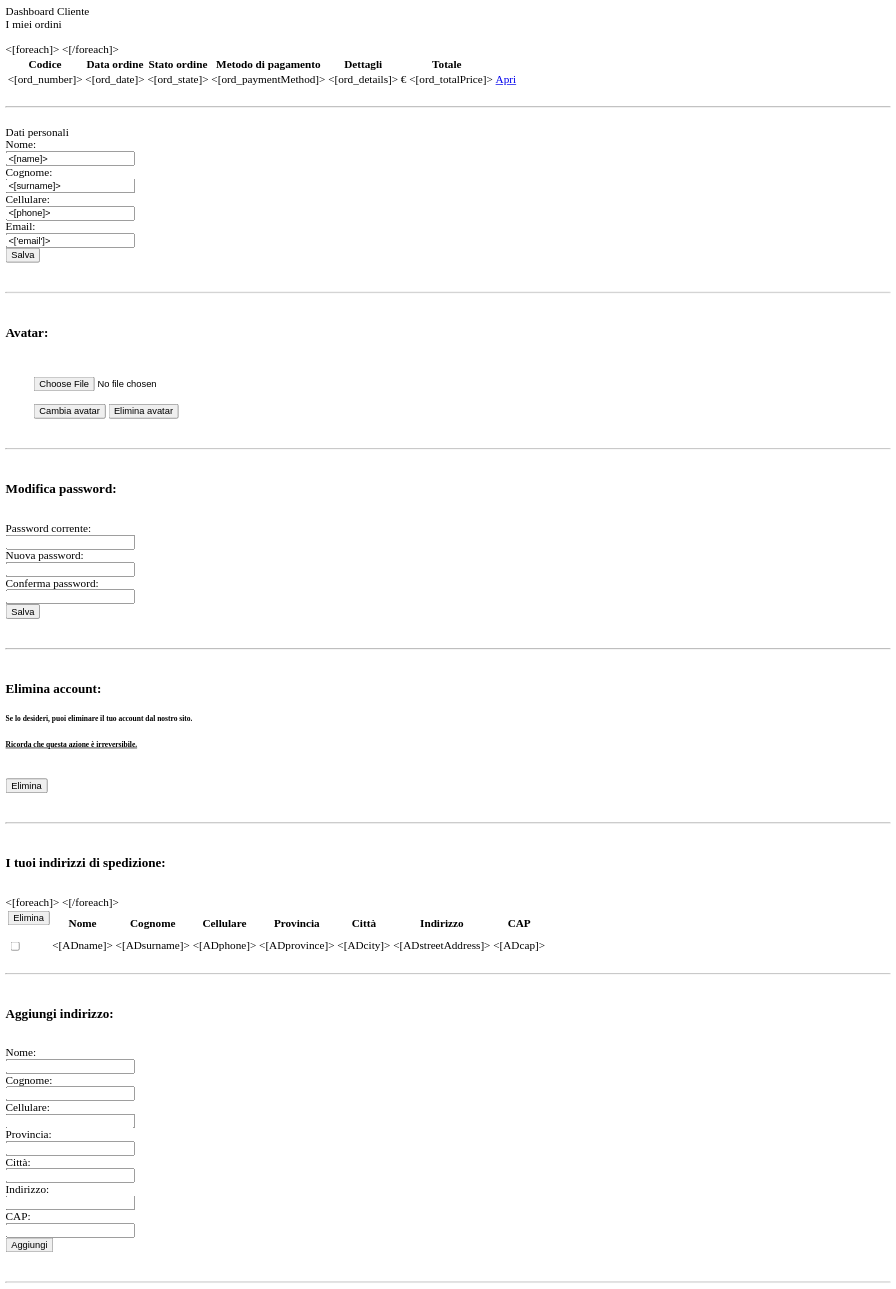
Repository: i4c0ni99/MotorShop
Page: skins/motor-html-package/motor/profile.html
An editor plug-in stored every save of this project. The page is shown before and after the next save, followed by the edit.
The browser window is 1280 px wide. The pictures show the whole page, at 70% of full size.

Above is the page before, as saved 2024-09-29 16:03:12.

### skins/motor-html-package/motor/profile.html
<div class="mv-site">
    <section class="main-banner mv-wrap">
        <section data-image-src="images/background/demo_bg_1920x1680.png" class="mv-banner-style-1 mv-bg-overlay-dark overlay-0-85 mv-parallax">
            <div class="page-name mv-caption-style-6">
                <div class="container">
                    <div class="mv-title-style-9"><span class="main">Dashboard Cliente</span></div>
                </div>
            </div>
        </section>
    </section>
    <!-- .main-banner -->

    <section class="mv-main-body checkout-main mv-bg-gray mv-wrap">
        <div class="container">

            <div class="checkout-block block-billing-address mv-mb-50">
                <div class="mv-form-style-2 mv-box-shadow-gray-1">
                    <div class="row">
                        <div class="col-sm-12 col-billing-address">
                            <div class="form-header">
                                <div class="mv-title-style-13">
                            <div class="text-main">I miei ordini</div>
                            </div>
                            </div>
<br>
<div class="table-responsive table-desi">
    <table class="all-package coupon-table table table-striped">
        <thead>
            <tr>
                <th>Codice</th>
                <th>Data ordine</th>
                <th>Stato ordine</th>
                <th>Metodo di pagamento</th>
                <th>Dettagli</th>
                <th>Totale</th>
                <th></th>
            </tr>
        </thead>
        <tbody>
            <[foreach]>
                <tr>
                    <td><[ord_number]></td>
                    <td><[ord_date]></td>
                    <td><[ord_state]></td>
                    <td><[ord_paymentMethod]></td>
                    <td><[ord_details]></td>
                    <td>€ <[ord_totalPrice]></td>
                    <td><a href="/MotorShop/my-orders.php?id=<[ord_id]>" class="btn btn-primary">Apri</a></td>
                </tr>
            <[/foreach]>
        </tbody>
    </table>
</div>
<br>
<hr>
<br>
                            <form class="needs-validation edit-details-form" novalidate method="post" action="/MotorShop/editCustomerProfile.php">
                                <div class="form-header">
                                    <div class="mv-title-style-13">
                                        <div class="text-main">Dati personali</div>
                                    </div>
                                </div>
                                <!-- .form-header -->
                                <div class="form">
                                    <div class="form-group mb-3 row">
                                        <label for="name" class="col-xl-3 col-sm-4 mb-0">Nome:</label>
                                        <div class="col-xl-8 col-sm-7">
                                            <input type="text" id="name" name="name" minlength="2" value="<[name]>" placeholder="<[name]>" required="true">
                                        </div>
                                    </div>
                                    <div class="form-group mb-3 row">
                                        <label for="surname" class="col-xl-3 col-sm-4 mb-0">Cognome:</label>
                                        <div class="col-xl-8 col-sm-7">
                                            <input type="text" id="surname" name="surname" minlength="2" value="<[surname]>" placeholder="<[surname]>" required="true">
                                        </div>
                                    </div>
                                    <div class="form-group mb-3 row">
                                        <label for="phone" class="col-xl-3 col-sm-4 mb-0">Cellulare:</label>
                                        <div class="col-xl-8 col-sm-7">
                                            <input type="text" id="phone" name="phone" pattern="[3]{1}[0-9]{9}" minlength="10" value="<[phone]>" placeholder="<[phone]>"" required="true">
                                        </div>
                                    </div>
                                    <div class="form-group mb-3 row">
                                        <label for="email" class="col-xl-3 col-sm-4 mb-0">Email:</label>
                                        <div class="col-xl-8 col-sm-7">
                                            <input type="text" id="email" name="email" minlength="6" value="<['email']>" placeholder="<[email]>" required readonly>
                                        </div>
                                    </div>
                                    <div class="offset-xl-3 offset-sm-4 mt-4">
                                        <input type="submit" value="Salva" name="edit-details-button" class="btn btn-primary">
                                    </div>
                                </div>
                                <!-- .form-body -->
                            </form>
                            <br>
                            <hr>
                            <br>
                            <h3><b>Avatar:</b></h3>
                            <br>
                            <form class="needs-validation add-avatar-form" novalidate method="post" action="/MotorShop/editCustomerProfile.php" enctype="multipart/form-data">
                                <div class="row product-adding">
                                    <div class="add-product">
                                        <div class="row">
                                            <div class="col-xl-3 xl-50 col-sm-6 col-3">
                                                <ul class="file-upload-product">
                                                    <div class="box-input-file">
                                                        <input class="upload" type="file" name="avatar">
                                                        <i class="fa fa-plus"></i>
                                                    </div>
                                                    <br>
                                                    <input type="submit" value="Cambia avatar" name="edit-avatar-button" class="btn btn-primary">
                                                    <input type="submit" value="Elimina avatar" name="delete-avatar-button" class="btn btn-primary">
                                                </ul>
                                            </div>
                                        </div>
                                    </div>
                                </div>
                            </form>
                            <br>
                            <hr>
                            <br>
                            <h3><b>Modifica password:</b></h3>
                            <br>
                            <form class="needs-validation add-product-form" novalidate method="post" action="/MotorShop/editCustomerProfile.php">
                                <div class="form">
                                    <div class="form-group mb-3 row">
                                        <label for="currentpassword" class="col-xl-3 col-sm-4 mb-0">Password corrente:</label>
                                        <div class="col-xl-8 col-sm-7">
                                            <input class="form-control" id="currentpassword" type="password" name="currentpassword" required>
                                        </div>
                                    </div>
                                    <div class="form-group mb-3 row">
                                        <label for="newpassword" class="col-xl-3 col-sm-4 mb-0">Nuova password:</label>
                                        <div class="col-xl-8 col-sm-7">
                                            <input type="password" id="newpassword" pattern="(?=.*\d)(?=.*[\W_]).{7,}" minlength="7" name="newpassword" required>
                                        </div>
                                    </div>
                                    <div class="form-group mb-3 row">
                                        <label for="confirmpassword" class="col-xl-3 col-sm-4 mb-0">Conferma password:</label>
                                        <div class="col-xl-8 col-sm-7">
                                            <input type="password" id="confirmpassword" pattern="(?=.*\d)(?=.*[\W_]).{7,}" minlength="7" name="confirmpassword" required>
                                        </div>
                                    </div>
                                    <div class="offset-xl-3 offset-sm-4 mt-4">
                                        <input type="submit" value="Salva" name="change-pass-button" class="btn btn-primary">
                                    </div>
                                </div>
                            </form>
                            <br>
                            <hr>
                            <br>
                            <h3><b>Elimina account:</b></h3>
                            <h6>Se lo desideri, puoi eliminare il tuo account dal nostro sito.</h6>
                            <h6><u><b>Ricorda che questa azione è irreversibile.</b></u></h6>
                            <br>
                            <form class="needs-validation add-product-form" novalidate method="post" action="/MotorShop/editCustomerProfile.php">
                                <input type="submit" value="Elimina" name="delete-account-button" class="btn btn-primary">
                            </form>
                            <br>
                            <hr>
                            <br>
                            <h3><b>I tuoi indirizzi di spedizione:</b></h3>
                            <br>
                            <div class="table-responsive table-desi">
                                <table class="all-package coupon-table table table-striped">
                                    <thead>
                                        <tr>
                                            <th>
                                                <form class="needs-validation delete-address-form" novalidate method="post" action="/MotorShop/editCustomerProfile.php">
                                                    <input type="submit" class="btn btn-primary add-row delete_all" name="delete-address-button" value="Elimina">
                                                </form>
                                            </th>
                                            <th>Nome</th>
                                            <th>Cognome</th>
                                            <th>Cellulare</th>
                                            <th>Provincia</th>
                                            <th>Città</th>
                                            <th>Indirizzo</th>
                                            <th>CAP</th>
                                        </tr>
                                    </thead>
                                    <tbody>
                                        <[foreach]>
                                            <tr data-row-id="<['id']>">
                                                <td>
                                                    <input class="checkbox_animated check-it" type="checkbox" name="check" value="<['id']>" id="flexCheckDefault" data-id="1">
                                                </td>
                                                <td><[ADname]></td>
                                                <td><[ADsurname]></td>
                                                <td><[ADphone]></td>
                                                <td><[ADprovince]></td>
                                                <td><[ADcity]></td>
                                                <td><[ADstreetAddress]></td>
                                                <td><[ADcap]></td>
                                            </tr>
                                        <[/foreach]>
                                    </tbody>
                                </table>
                            </div>
                            <br>
                            <hr>
                            <br>
                            <h3><b>Aggiungi indirizzo:</b></h3>
                            <br>
                            <form class="needs-validation add-product-form" novalidate method="post" action="/MotorShop/editCustomerProfile.php">
                                <div class="form">
                                    <div class="form-group mb-3 row">
                                        <label for="name" class="col-xl-3 col-sm-4 mb-0">Nome:</label>
                                        <div class="col-xl-8 col-sm-7">
                                            <input type="text" id="name" name="name" minlength="2" required="true">
                                        </div>
                                    </div>
                                    <div class="form-group mb-3 row">
                                        <label for="surname" class="col-xl-3 col-sm-4 mb-0">Cognome:</label>
                                        <div class="col-xl-8 col-sm-7">
                                            <input type="text" id="surname" name="surname" minlength="2" required="true">
                                        </div>
                                    </div>
                                    <div class="form-group mb-3 row">
                                        <label for="phone" class="col-xl-3 col-sm-4 mb-0">Cellulare:</label>
                                        <div class="col-xl-8 col-sm-7">
                                            <input type="text" id="phone" name="phone" pattern="[3]{1}[0-9]{9}" minlength="10" required="true">
                                        </div>
                                    </div>
                                    <div class="form-group mb-3 row">
                                        <label for="province" class="col-xl-3 col-sm-4 mb-0">Provincia:</label>
                                        <div class="col-xl-8 col-sm-7">
                                            <input type="text" id="province" name="province" minlength="2" required="true">
                                        </div>
                                    </div>
                                    <div class="form-group mb-3 row">
                                        <label for="city" class="col-xl-3 col-sm-4 mb-0">Città:</label>
                                        <div class="col-xl-8 col-sm-7">
                                            <input type="text" id="city" name="city" required="true" minlength="2">
                                        </div>
                                    </div>
                                    <div class="form-group mb-3 row">
                                        <label for="streetAddress" class="col-xl-3 col-sm-4 mb-0">Indirizzo:</label>
                                        <div class="col-xl-8 col-sm-7">
                                            <input type="text" id="streetAddress" name="streetAddress" minlength="3" required="true">
                                        </div>
                                    </div>
                                    <div class="form-group mb-3 row">
                                        <label for="cap" class="col-xl-3 col-sm-4 mb-0">CAP:</label>
                                        <div class="col-xl-8 col-sm-7">
                                            <input type="text" id="cap" name="cap" pattern="[0-9]{5}" required="true">
                                        </div>
                                    </div>
                                    <div class="offset-xl-3 offset-sm-4 mt-4">
                                        <input type="submit" value="Aggiungi" name="add-address-button" class="btn btn-primary">
                                    </div>
                                </div>
                                <!-- .form-body -->
                            </form>
                            <br>
                            <hr>
                        </div>
                    </div>
                </div>
            </div>
        </div>
    </section>
    <!-- .checkout-main -->
</div>
<!-- .mv-site -->

After the next save:
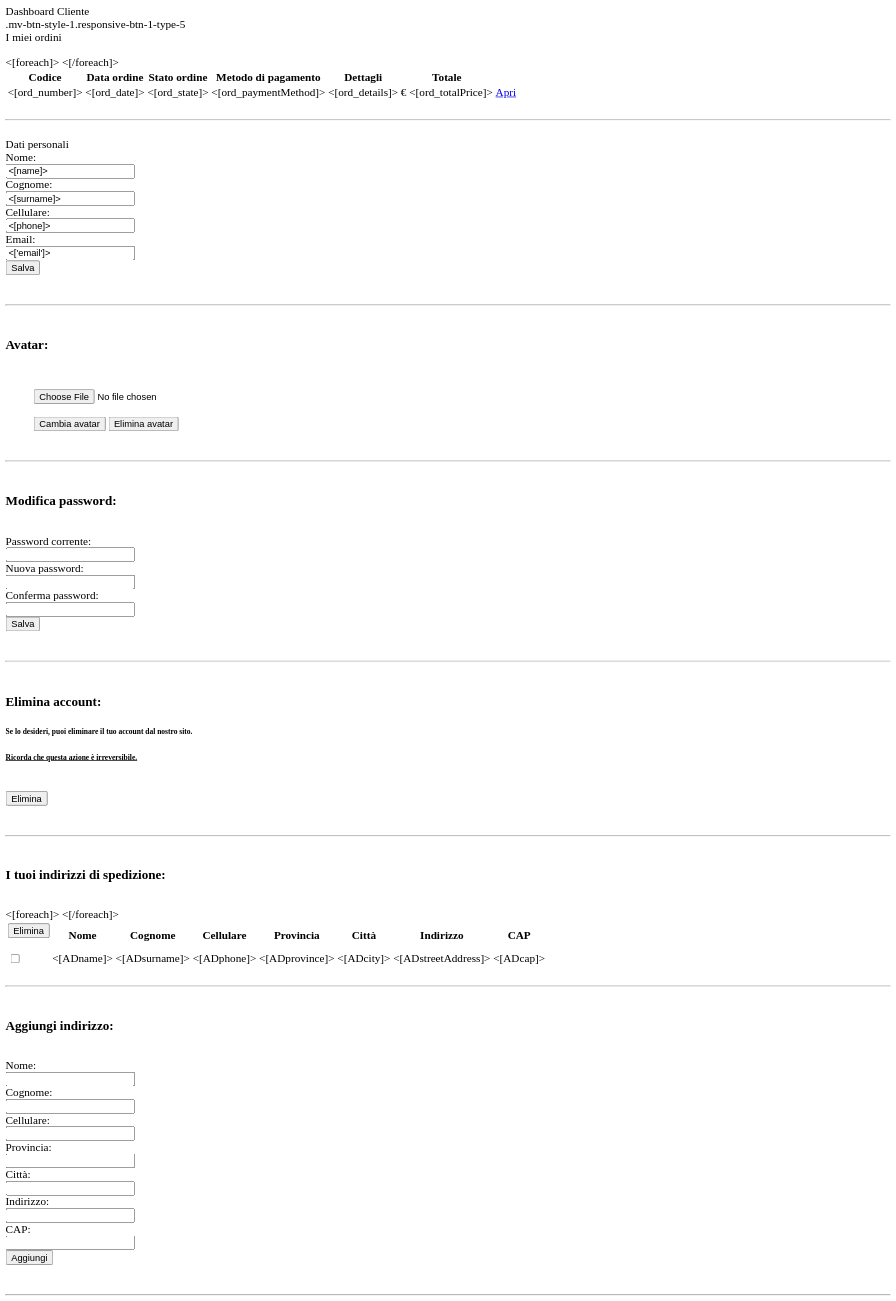
Saved 6 min 4 s later.
--- a/skins/motor-html-package/motor/profile.html
+++ b/skins/motor-html-package/motor/profile.html
@@ -12,6 +12,8 @@
 
     <section class="mv-main-body checkout-main mv-bg-gray mv-wrap">
         <div class="container">
+
+            .mv-btn-style-1.responsive-btn-1-type-5
 
             <div class="checkout-block block-billing-address mv-mb-50">
                 <div class="mv-form-style-2 mv-box-shadow-gray-1">
